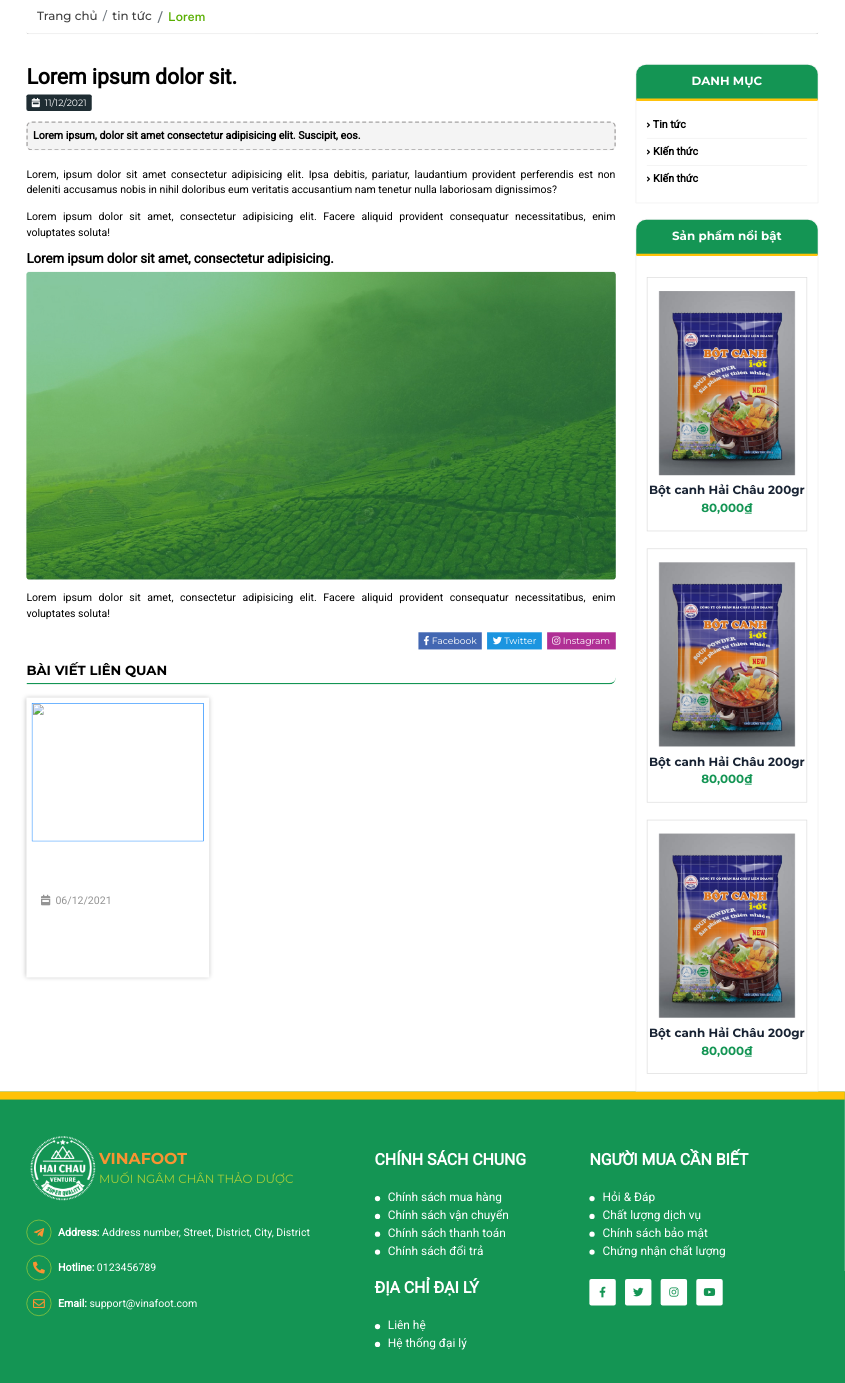
Repository: haianh12082001/VINAFOOT
Page: news-detail.html
The author's editor kept a copy of each file at every save. The page is drawn from the files as they stood at one save, then again after the next save.
The browser window is 1280 px wide. The pictures show the whole page, at 66% of full size.
Some web libraries are served in a nearby version.

Above is the page before, as saved 2021-12-12 20:59:48.

After the next save:
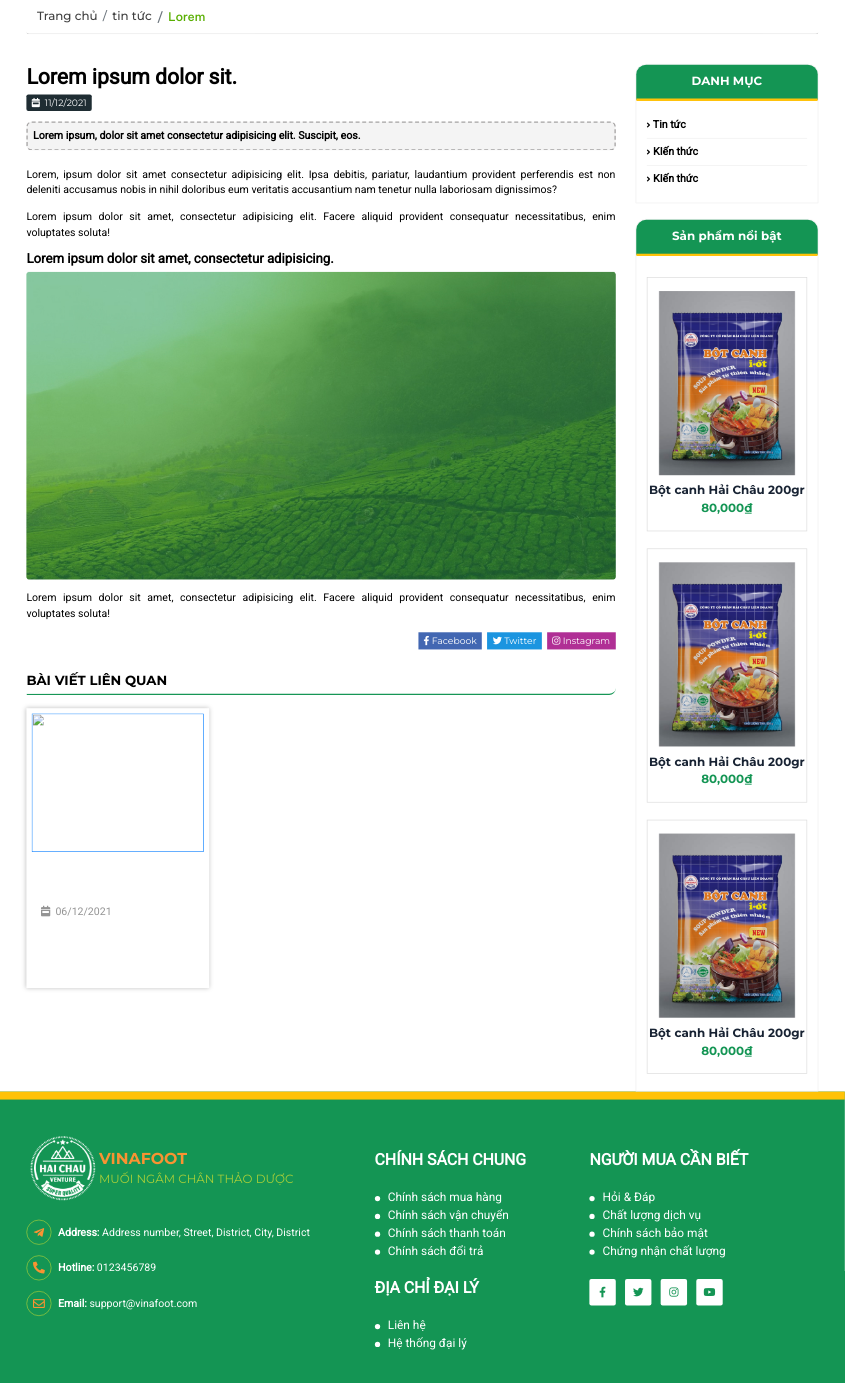
Saved 40 s later.
--- a/news-detail.html
+++ b/news-detail.html
@@ -59,7 +59,7 @@
                                     voluptates soluta!
                                 </p>
                             </div>
-                            <ul class="share-social d-flex justify-content-end mt-3">
+                            <ul class="share-social d-flex justify-content-end my-3">
                                 <li>
                                     <button class="button btn-fb">
                                         <i class="fab fa-facebook-f"></i>
